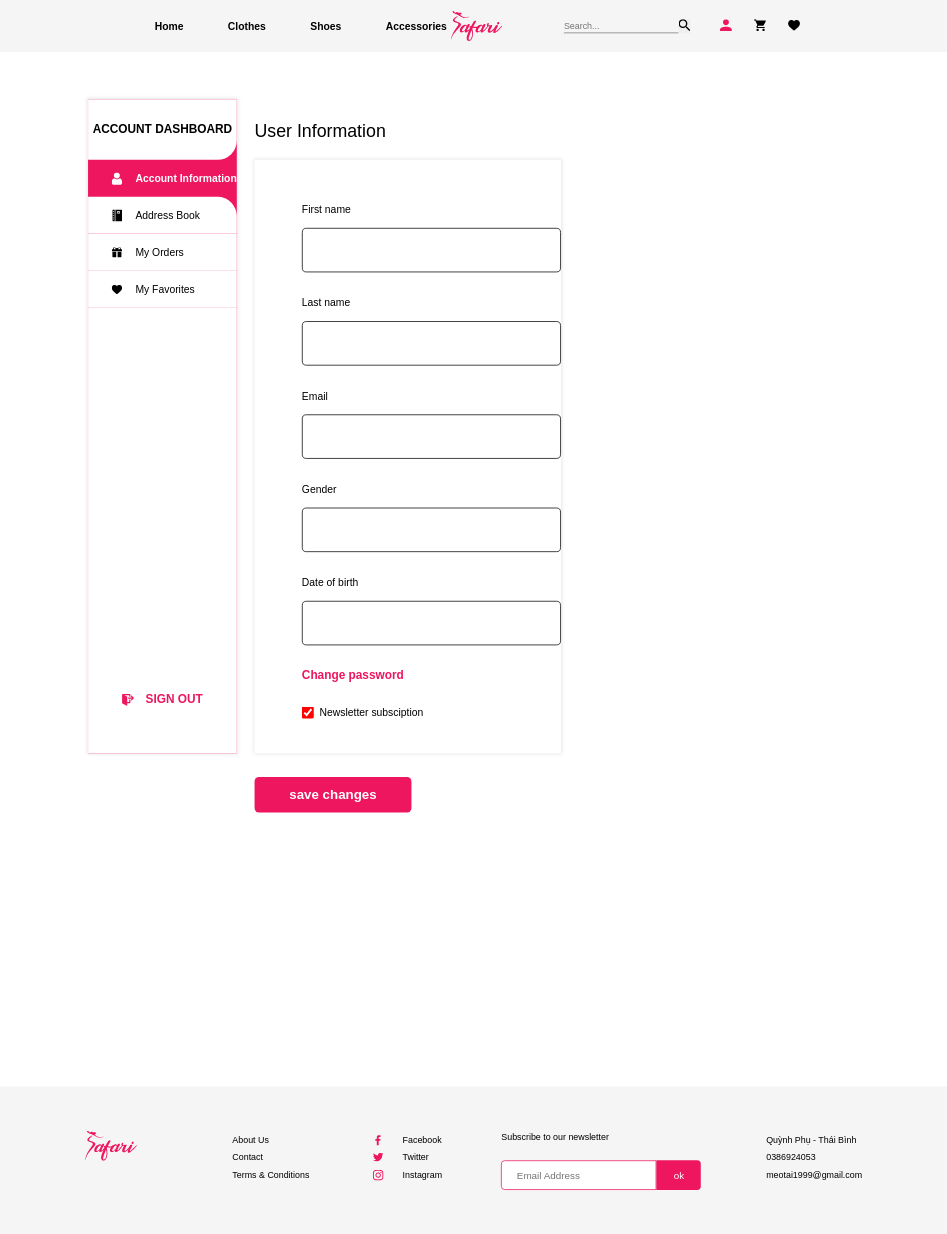
Repository: tboy1999/safari
Page: views/user.html
These files come from the project's save history. The page is drawn as it stood at one moment and after the next save; the edit follows.
The browser window is 1280 px wide. The pictures show the whole page, at 74% of full size.
Some web libraries are served in a nearby version. The style sheet was rebuilt from its Sass, Less or Tailwind sources for each picture, by a compiler version that may differ from the author's.

Above is the page before, as saved 2022-04-28 16:39:43.

After the next save:
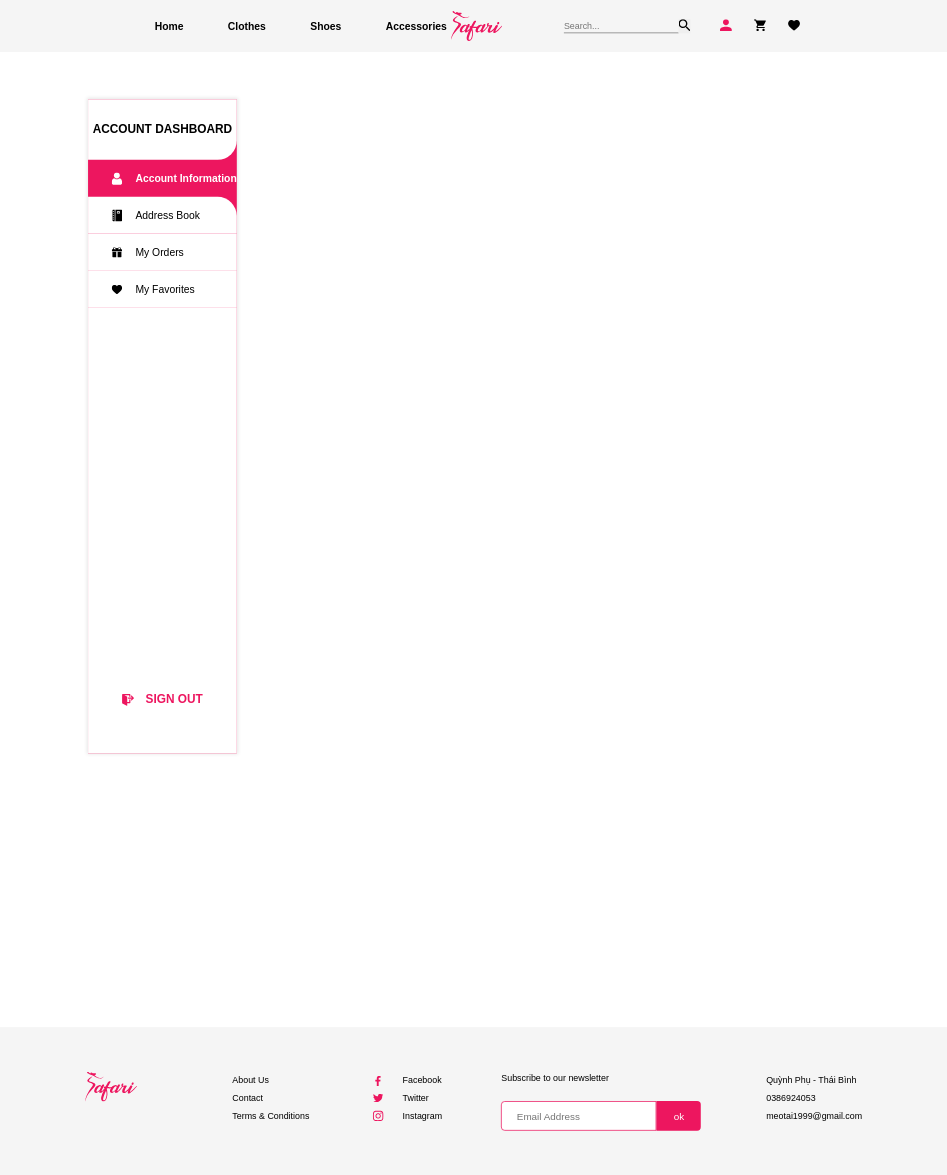
Saved 49 s later.
--- a/scss/user.scss
+++ b/scss/user.scss
@@ -96,6 +96,8 @@
       border-radius: 6px;
       margin-top: 32px;
     }
-
+  }
+  &__pain {
+    display: none;
   }
 }

After the 2 saves that followed:
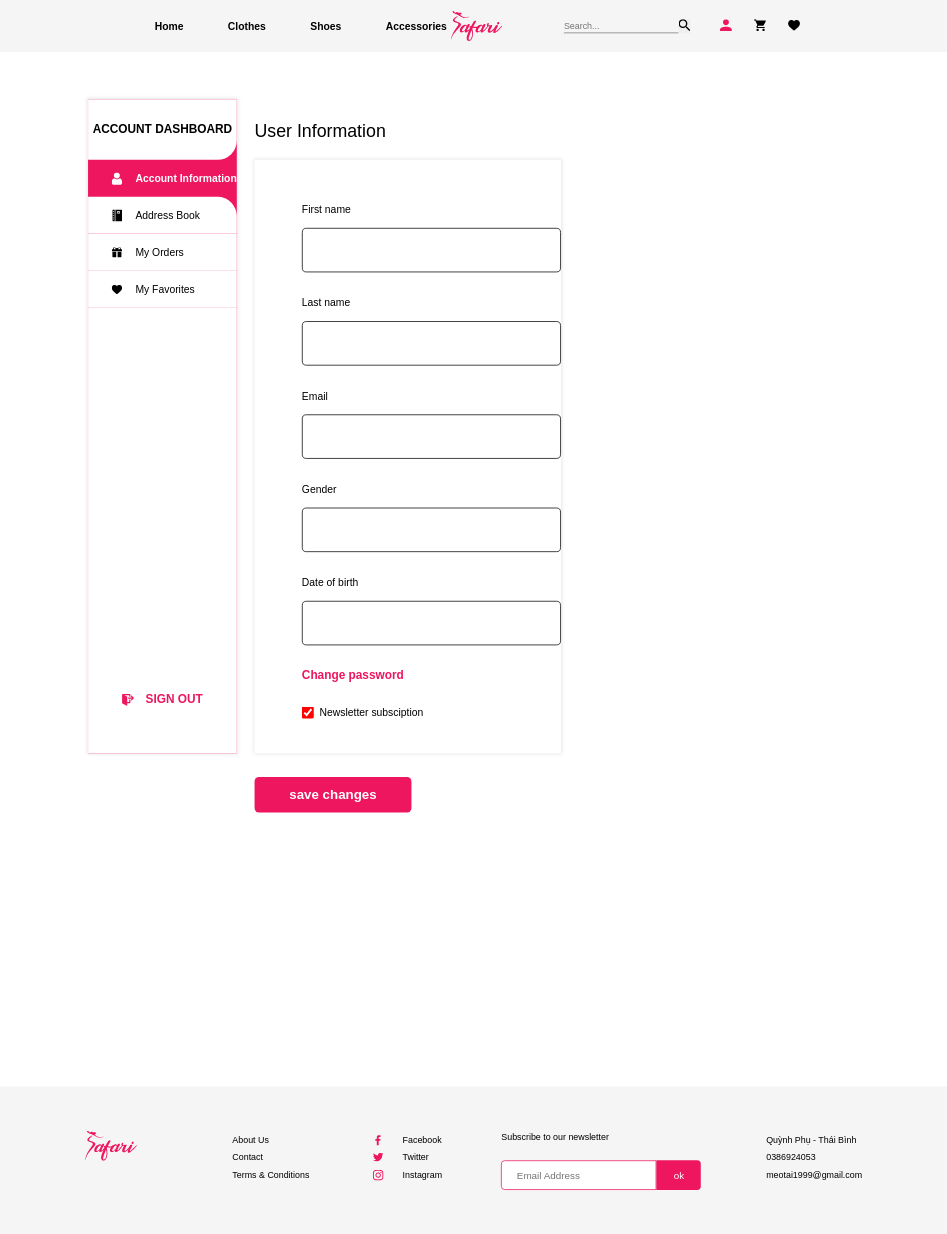
The 2 saves are shown as one change because 1 left the picture as it was.
The last was saved 26 s later.
--- a/views/user.html
+++ b/views/user.html
@@ -99,7 +99,7 @@
             </div>
           </div>
           <div class="col xxl-9">
-            <div class="user__pain">
+            <div class="user__pain pain--active">
               <form action="">
                 <h3 class="fz24">User Information</h3>
                 <div class="form__account-infomation flex-column">
--- a/scss/user.scss
+++ b/scss/user.scss
@@ -99,5 +99,8 @@
   }
   &__pain {
     display: none;
+    &.pain--active {
+      display: block;
+    }
   }
 }
